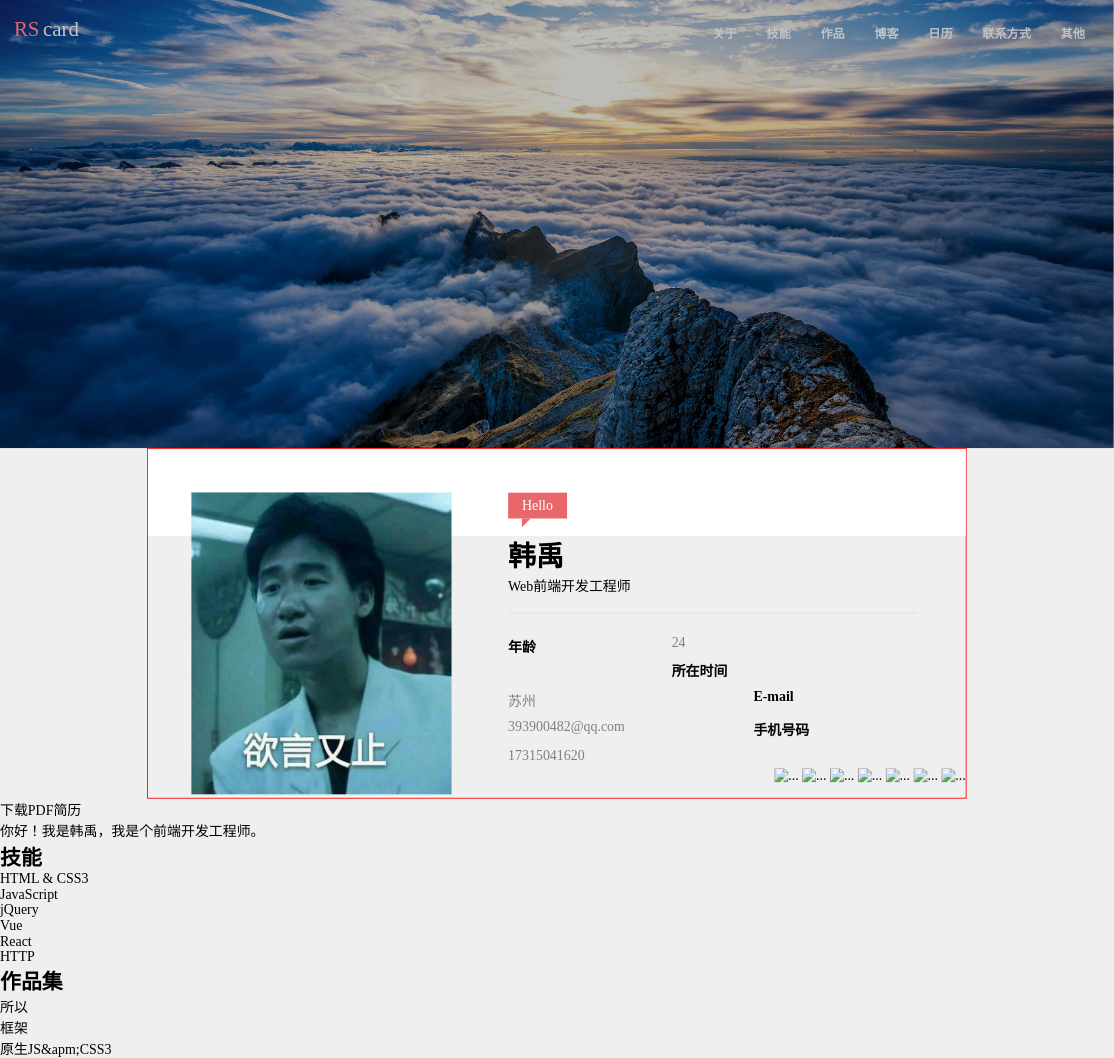
Repository: yorkHan/resume
Page: index.html
The author's editor kept a copy of each file at every save. The page is drawn from the files as they stood at one save, then again after the next save.
The browser window is 1280 px wide. The pictures show the whole page, at 87% of full size.

Above is the page before, as saved 2018-04-09 23:38:45.

### index.html
<!DOCTYPE html>
<html lang="en">
<head>
    <meta charset="UTF-8">
    <meta name="viewport" content="width=device-width, initial-scale=1.0">
    <meta http-equiv="X-UA-Compatible" content="ie=edge">
    <title>Document</title>
    <link rel="stylesheet" href="./1.css">
</head>
<body>
    <div class="topNavBar clearfix">
        <div class="topNavBar-inner clearfix">
            <a class="logo" href="#" alt="logo" style="float:left;">
                <span class="rs">RS</span><span class="card">card</span>
            </a>
            <nav>
                <ul class="clearfix" style="float: right;">
                    <li><a href="#">关于</a></li>
                    <li><a href="#">技能</a></li>
                    <li><a href="#">作品</a></li>
                    <li><a href="#">博客</a></li>
                    <li><a href="#">日历</a></li>
                    <li><a href="#">联系方式</a></li>
                    <li><a href="#">其他</a></li>
                </ul>
            </nav>
        </div>
    </div>
    <div class="banner" style="background-image: url(./images/3.jpg)">
        <div class="mask"></div>
    </div>
    <main>
        <div class="usercard clearfix">
            <div class="textAndPicture">
                <div class="pic">
                    <img src="./images/avatar.png" style="width:299px;height:347px" alt="头像">
                </div>
                <div class="text">
                    <div class="profile">
                    <span class="welcome">Hello
                        <span class="triangle"></span>
                    </span>
                    <h1>韩禹</h1>
                    <p>Web前端开发工程师</p>
                    <hr>
                    <dl>
                        <dt>年龄</dt>
                        <dd>24</dd>
                        <dt>所在时间</dt>
                        <dd>苏州</dd>
                        <dt>E-mail</dt>
                        <dd>393900482@qq.com</dd>
                        <dt>手机号码</dt>
                        <dd>17315041620</dd>
                    </dl>
                </div>
                </div>
            </div>
            <footer class="media">
                <a href="#"><img src="#" alt="..."></a>
                <a href="#"><img src="#" alt="..."></a>
                <a href="#"><img src="#" alt="..."></a>
                <a href="#"><img src="#" alt="..."></a>
                <a href="#"><img src="#" alt="..."></a>
                <a href="#"><img src="#" alt="..."></a>
                <a href="#"><img src="#" alt="..."></a>
            </footer>
        </div>
        <a href="">下载PDF简历</a>
        <p>
            你好！我是韩禹，我是个前端开发工程师。
        </p>
    </main>
    <section>
        <h2>技能</h2>
        <ol>
            <li>HTML &amp; CSS3</li>
            <li>JavaScript</li>
            <li>jQuery</li>
            <li>Vue</li>
            <li>React</li>
            <li>HTTP</li>
        </ol>
    </section>
    <section>
        <h2>作品集</h2>
        <nav>
            <ol>
                <li>所以</li>
                <li>框架</li>
                <li>原生JS&apm;CSS3</li>
            </ol>
        </nav>
        <div class="jobs">
            <div class="big"></div>
            <div class='small'></div>
            <div class="small"></div>
        </div>
    </section>
</body>
</html>

### 1.css
body{
    background-color: #EFEFEF;
    margin: 0;
}
*{
    margin: 0;
    padding: 0;
}
a{
    color: inherit;
    text-decoration: none;
}
.clearfix::after{
    content: '';
    display: block;
    clear: both;
}
.topNavBar{
    padding: 20px 0px 20px 0px;
    position: fixed;
    top:0;
    left:0;
    width:100%;
}
.topNavBar-inner{
    padding: 0 16px;
}
.topNavBar nav>ul{
    list-style: none;
    margin: 0;
    padding: 0;
}
.topNavBar nav>ul>li{
    float: left;

}
.topNavBar nav>ul>li>a{
    display: block;
    font-size: 14px;
    font-weight: bold;
    color:#c1c3c7;
    margin-left: 17px;
    margin-right: 17px;
    padding-top: 5px;
    padding-bottom: 5px;
    border-top:3px solid transparent;
    border-bottom:3px solid transparent;
}
.topNavBar nav>ul>li>a:hover{
    border-bottom:3px solid #E8676B;
}
.topNavBar .logo{
    font-family: "Arial Rounded MT Bold";
    font-size: 24px;
}
.topNavBar .logo .rs{
    margin-right: 4px;
    color:#E8676B;
}
.topNavBar .logo .card {
    color:#c1c3c7;
}
.banner{
    height: 515px;
    background-position: center center;
    background-size:cover;
}
.banner .mask{
    height: 515px;
    background-color: rgba(0, 0, 0, 0.26);
}
.usercard{
    border:1px solid red;
    max-width: 940px;
    margin-left: auto;
    margin-right: auto;
}
.text .welcome{
    padding: 4px 16px;
    line-height: 22px;
    display: inline-block;
    background-color: #E8676B;
    color: white;
    position: relative;
}
.text h1{
    margin-top:18px;
}
hr{
    height: 0;
    border:none;
    border-top: 1px solid #DEDEDE;
}

.triangle{
    display: block;
    border: 10px solid transparent;
    width: 0;
    border-left-color:#E8676B;
    border-top:0;
    position: absolute;
    top:100%;
}
.usercard .pic{
    float: left;
}
.usercard .text{
    float: left;
    margin-left: 65px;
    width: 470px;
}
.usercard .text hr{
    margin: 20px 0px;
}
.usercard footer.media {
    float: right;
}
.textAndPicture{
    background-color: #FFF;
    padding: 50px;
}
.usercard dl dt{
    float: left;
    width: 40%;
    padding: 5px 0;
    font-weight: bold;
}
.usercard dl dd{
    float: left;
    width: 60%;
    padding: 5px 0;
    color: gray;
}

After the next save:
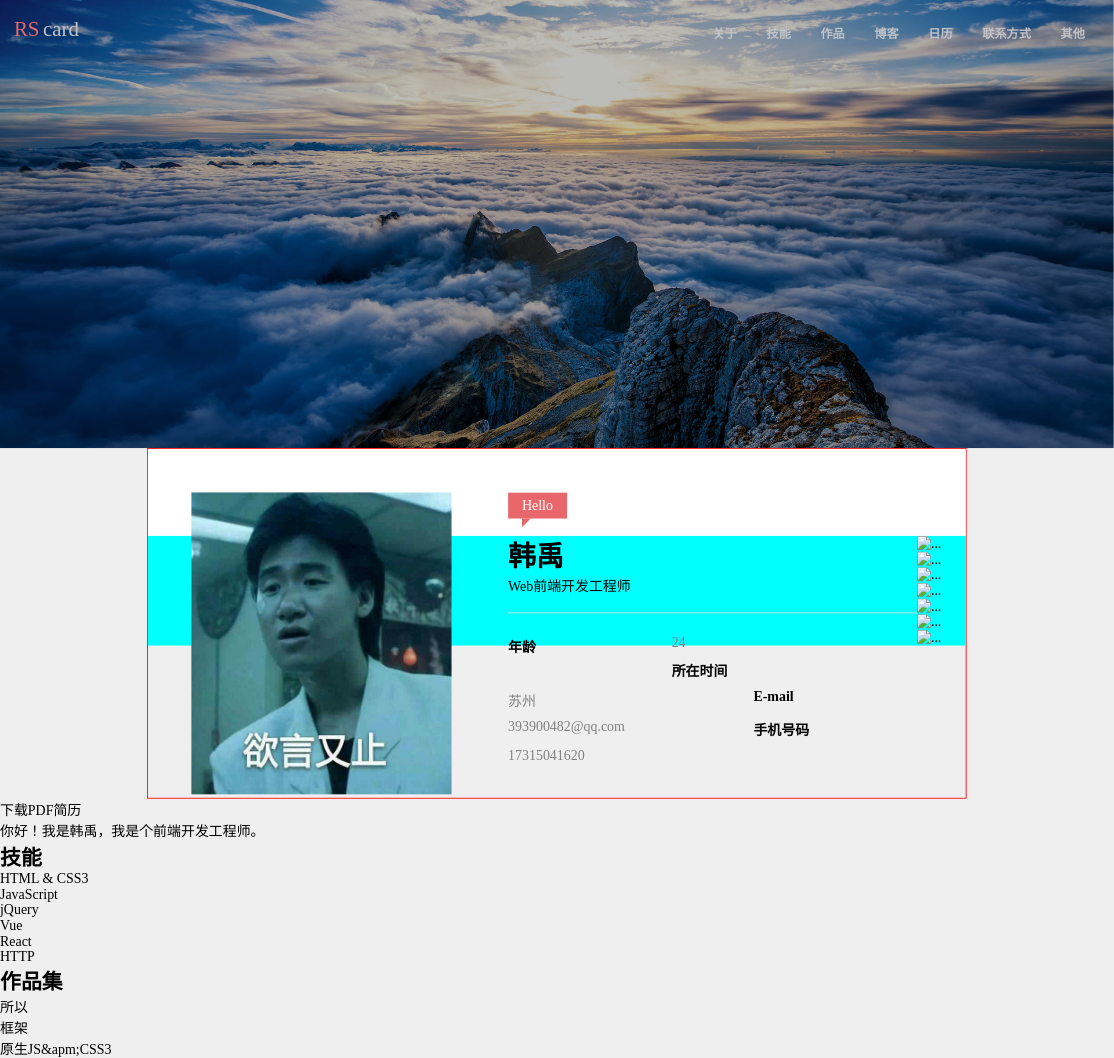
Saved 2 min 12 s later.
--- a/1.css
+++ b/1.css
@@ -113,7 +113,8 @@ hr{
     margin: 20px 0px;
 }
 .usercard footer.media {
-    float: right;
+    float: none;
+    background: aqua;
 }
 .textAndPicture{
     background-color: #FFF;
